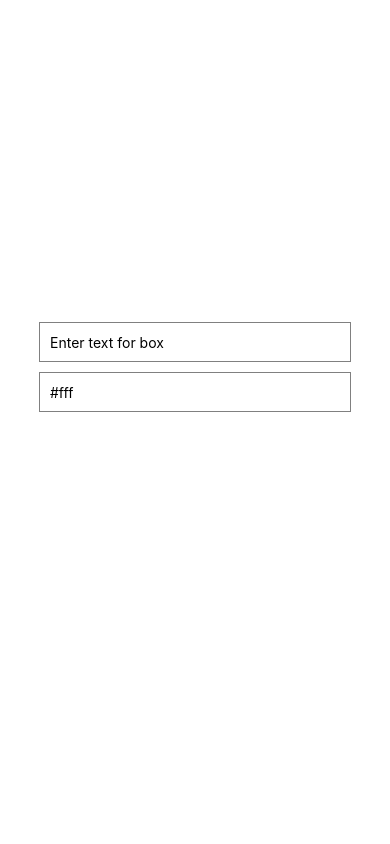
Repository: amirjavadikia/mobile-projectg
Screen: /
The author's editor kept a copy of each file at every save. The screen is drawn from the files as they stood at one save, then again after a run of saves.
The app was drawn by React Native's web renderer in a window 390 px wide. The project was rebuilt for these pictures with package versions that can differ from the ones it lists, and the page was loaded fresh each time.

Above is the screen before, as saved 2024-05-13 21:21:13.

After the next 8 saves:
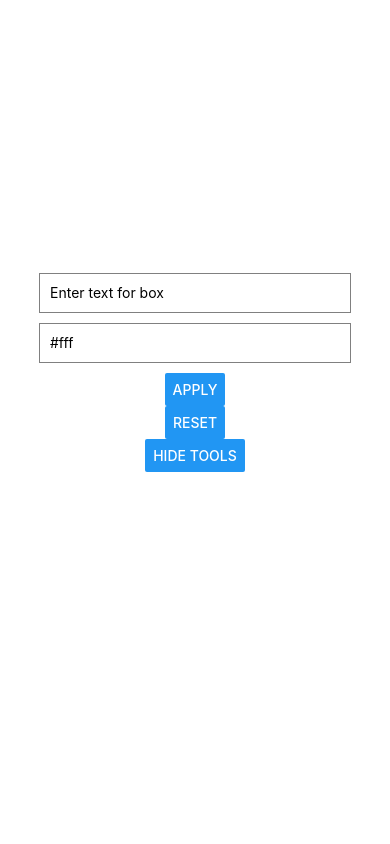
The 8 saves are shown as one change because 1 did not build or start and some came seconds apart.
The last was saved 7 min 4 s later.
--- a/App.tsx
+++ b/App.tsx
@@ -92,11 +92,12 @@
 
 
 import React, { useState } from 'react';
-import { View, TextInput, StyleSheet, Text } from 'react-native';
+import { View, Text, TextInput, StyleSheet, Button } from 'react-native';
 
 const App = () => {
   const [text, setText] = useState('');
   const [backgroundColor, setBackgroundColor] = useState('#fff');
+  const [showTools, setShowTools] = useState(true);
 
   const handleTextChange = (inputText) => {
     setText(inputText);
@@ -106,21 +107,41 @@ const App = () => {
     setBackgroundColor(inputText);
   };
 
+  const handleApplyChanges = () => {
+    // Apply changes logic goes here
+  };
+
+  const handleResetChanges = () => {
+    setText('');
+    setBackgroundColor('#fff');
+  };
+
+  const handleToggleTools = () => {
+    setShowTools(!showTools);
+  };
+
   return (
-    <View style={[styles.container, { backgroundColor }]}>
-      <TextInput
-        style={styles.input}
-        onChangeText={handleTextChange}
-        value={text}
-        placeholder="Enter text for box"
-      />
-      <TextInput
-        style={styles.input}
-        onChangeText={handleBackgroundChange}
-        value={backgroundColor}
-        placeholder="Enter background color for box"
-      />
-      <View style={styles.box}>
+    <View style={styles.container}>
+      {showTools && (
+        <>
+          <TextInput
+            style={styles.input}
+            onChangeText={handleTextChange}
+            value={text}
+            placeholder="Enter text for box"
+          />
+          <TextInput
+            style={styles.input}
+            onChangeText={handleBackgroundChange}
+            value={backgroundColor}
+            placeholder="Enter background color for box"
+          />
+          <Button title="Apply" onPress={handleApplyChanges} />
+          <Button title="Reset" onPress={handleResetChanges} />
+        </>
+      )}
+      <Button title={showTools ? "Hide Tools" : "Show Tools"} onPress={handleToggleTools} />
+      <View style={[styles.box, { backgroundColor }]}>
         <Text>{text}</Text>
       </View>
     </View>
